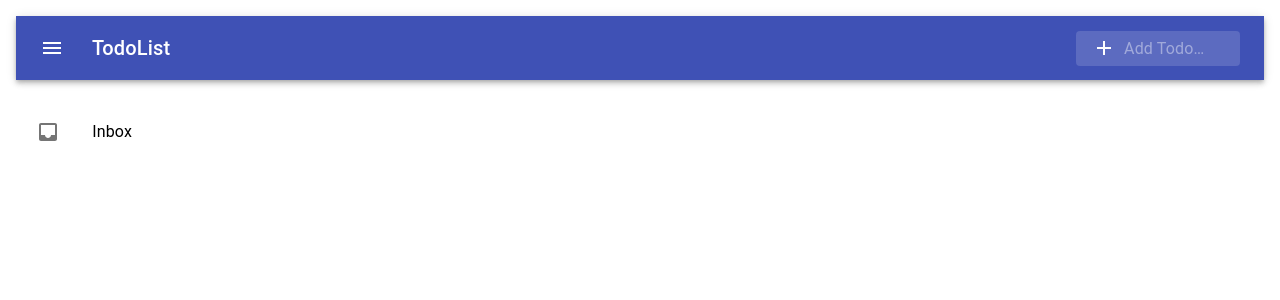
Repository: harperl71/TodoList
Page: /
These files come from the project's save history. The page is drawn as it stood at one moment and after a run of saves; the edit follows.
The browser window is 1280 px wide. The pictures show the whole page.
The project was rebuilt for these pictures with package versions that can differ from the ones it lists, and the page was loaded fresh each time.

Above is the page before, as saved 2021-05-20 16:56:07.

After the next 5 saves:
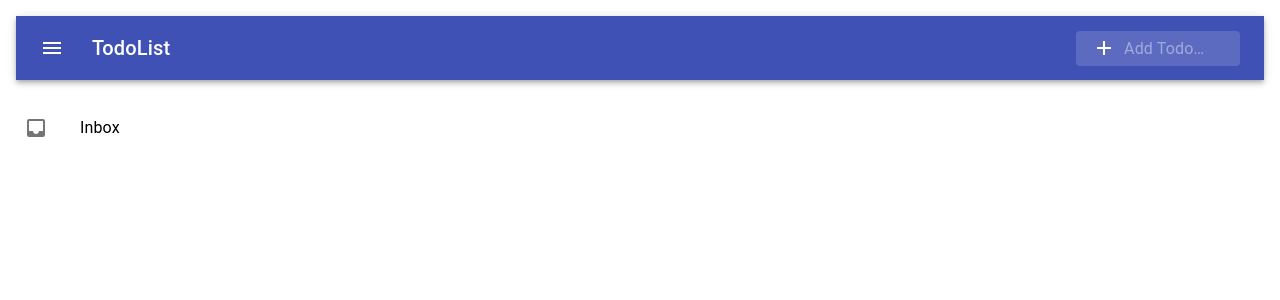
The 5 saves are shown as one change because 4 did not build or start.
The last was saved 2 min 57 s later.
--- a/src/components/content/index.tsx
+++ b/src/components/content/index.tsx
@@ -11,7 +11,7 @@ import InboxIcon from "@material-ui/icons/Inbox";
 
 const useStyles = makeStyles((theme) => ({
   root: {
-    margin: "2ch",
+    margin: theme.spacing(1),
     justifyContent: "space-center",
   },
 }));
